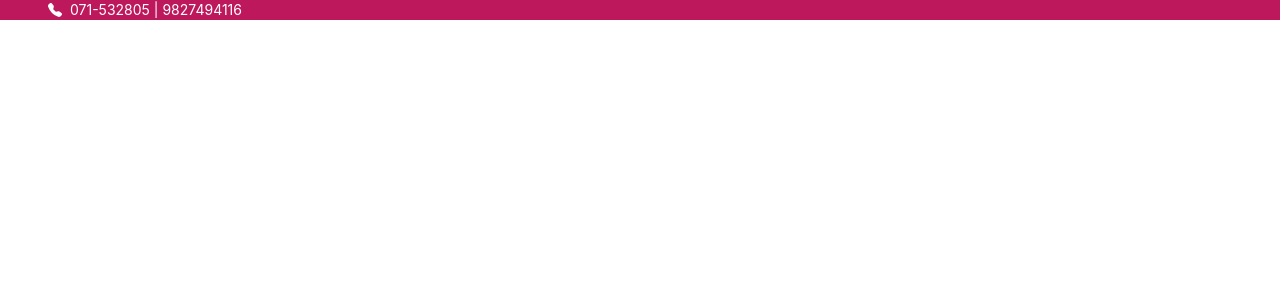
Repository: Sushant203/react-training-
Page: /
An editor plug-in stored every save of this project. The page is shown before and after a run of saves, followed by the edit.
The browser window is 1280 px wide. The pictures show the whole page.
The project was rebuilt for these pictures with package versions that can differ from the ones it lists, and the page was loaded fresh each time. Also part of the build but not shown: src/App.css.

Above is the page before, as saved 2022-12-15 00:44:17.

After the next 2 saves:
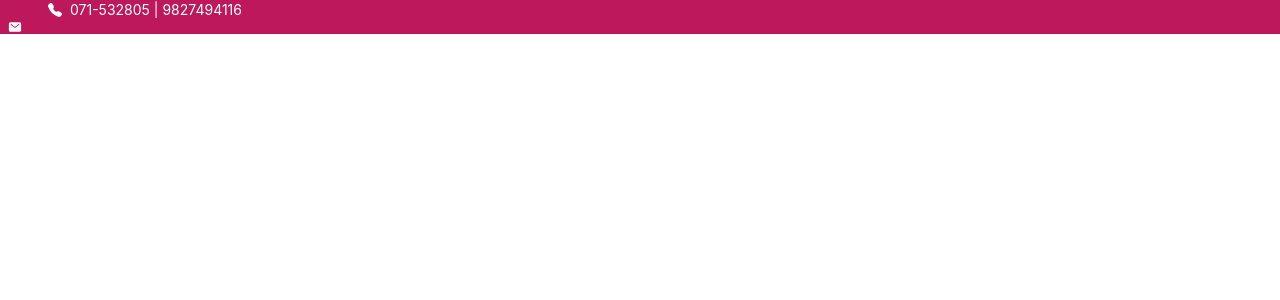
The 2 saves are shown as one change because 1 did not build or start.
The last was saved 6 min 8 s later.
--- a/src/components/UpperNav.jsx
+++ b/src/components/UpperNav.jsx
@@ -1,6 +1,6 @@
 import React from "react";
 import { BsFillTelephoneFill } from "react-icons/bs";
-
+import { IoMail } from "react-icons/io5";
 const UpperNav = () => {
   return (
     <div>
@@ -8,6 +8,9 @@
         <div className="flex gap-2 items-center mx-10">
           <BsFillTelephoneFill className="text-white" />
           <p>071-532805 | 9827494116</p>
+        </div>
+        <div>
+          <IoMail />
         </div>
       </div>
 

After the 3 saves that followed:
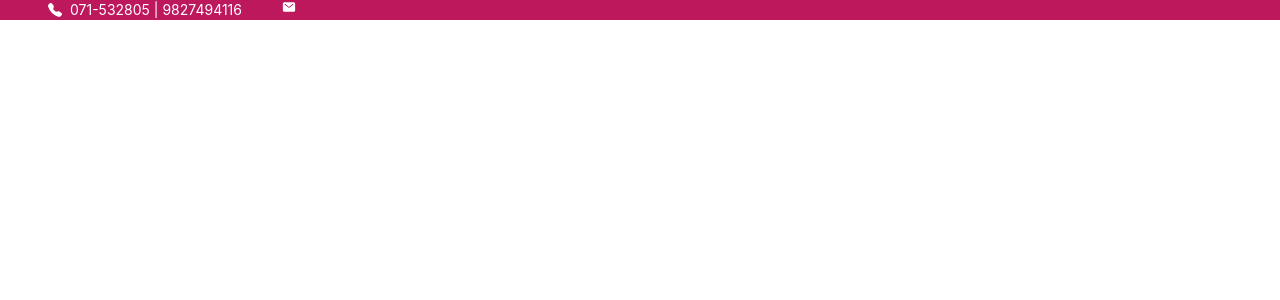
The 3 saves are shown as one change because 2 left the picture as it was.
The last was saved 3 min 5 s later.
--- a/src/components/UpperNav.jsx
+++ b/src/components/UpperNav.jsx
@@ -5,13 +5,16 @@
   return (
     <div>
       <div className="bg-pink-700 align-center px-2 text-white text-sm">
-        <div className="flex gap-2 items-center mx-10">
-          <BsFillTelephoneFill className="text-white" />
-          <p>071-532805 | 9827494116</p>
+        <div className="flex">
+          <div className="flex gap-2 items-center mx-10">
+            <BsFillTelephoneFill className="text-white" />
+            <p>071-532805 | 9827494116</p>
+          </div>
+          <div className="">
+            <IoMail />
+          </div>
         </div>
-        <div>
-          <IoMail />
-        </div>
+        <div></div>
       </div>
 
       <div></div>
